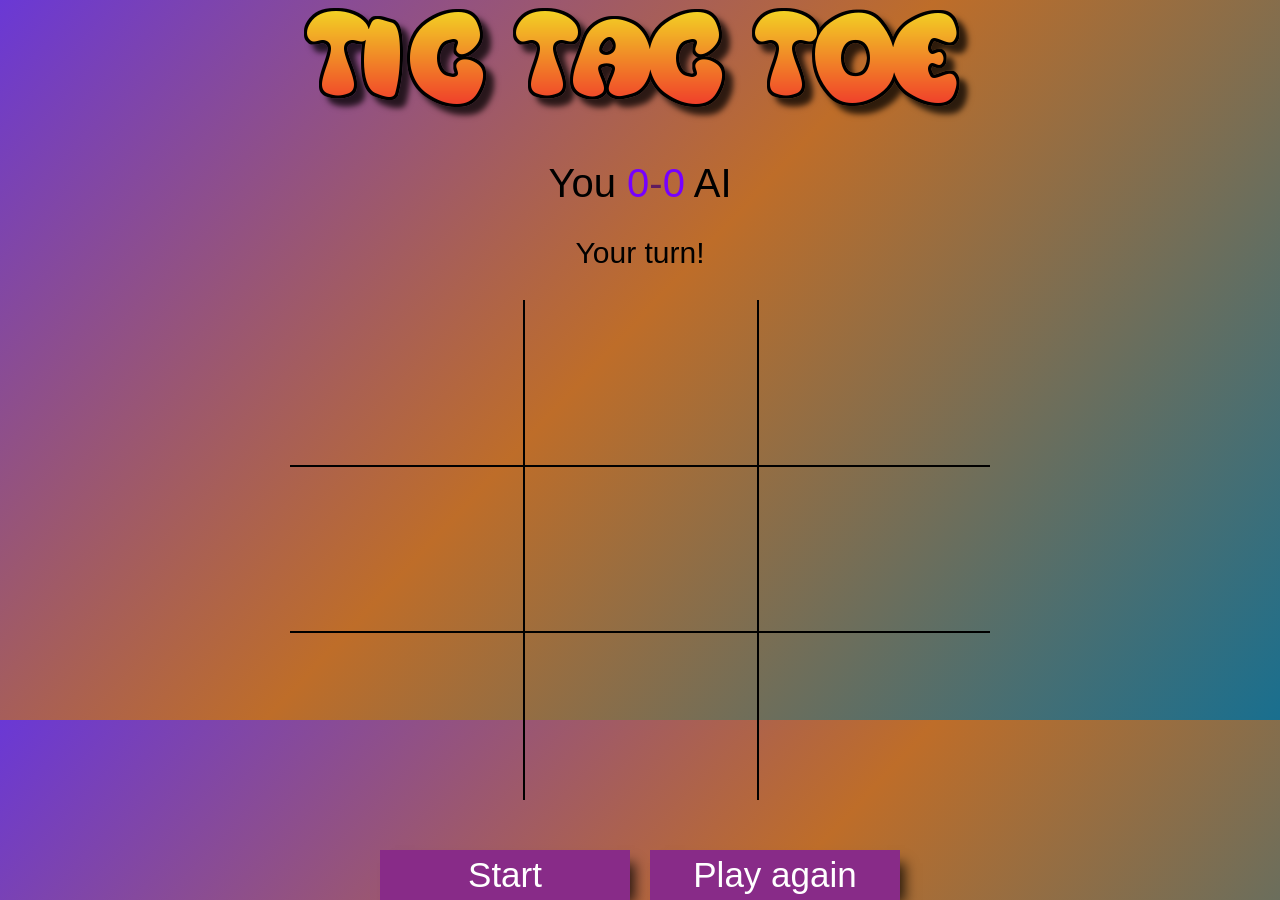
Repository: malx9/Project--5---Tic-Tac-Toe-with-AI
Page: index.html
These files come from the project's save history. The page is drawn as it stood at one moment and after the next save; the edit follows.
The browser window is 1280 px wide. The pictures show the whole page.
Some web fonts or font styles are not loaded; a fallback is used.

Above is the page before, as saved 2023-12-25 18:12:15.

After the next save:
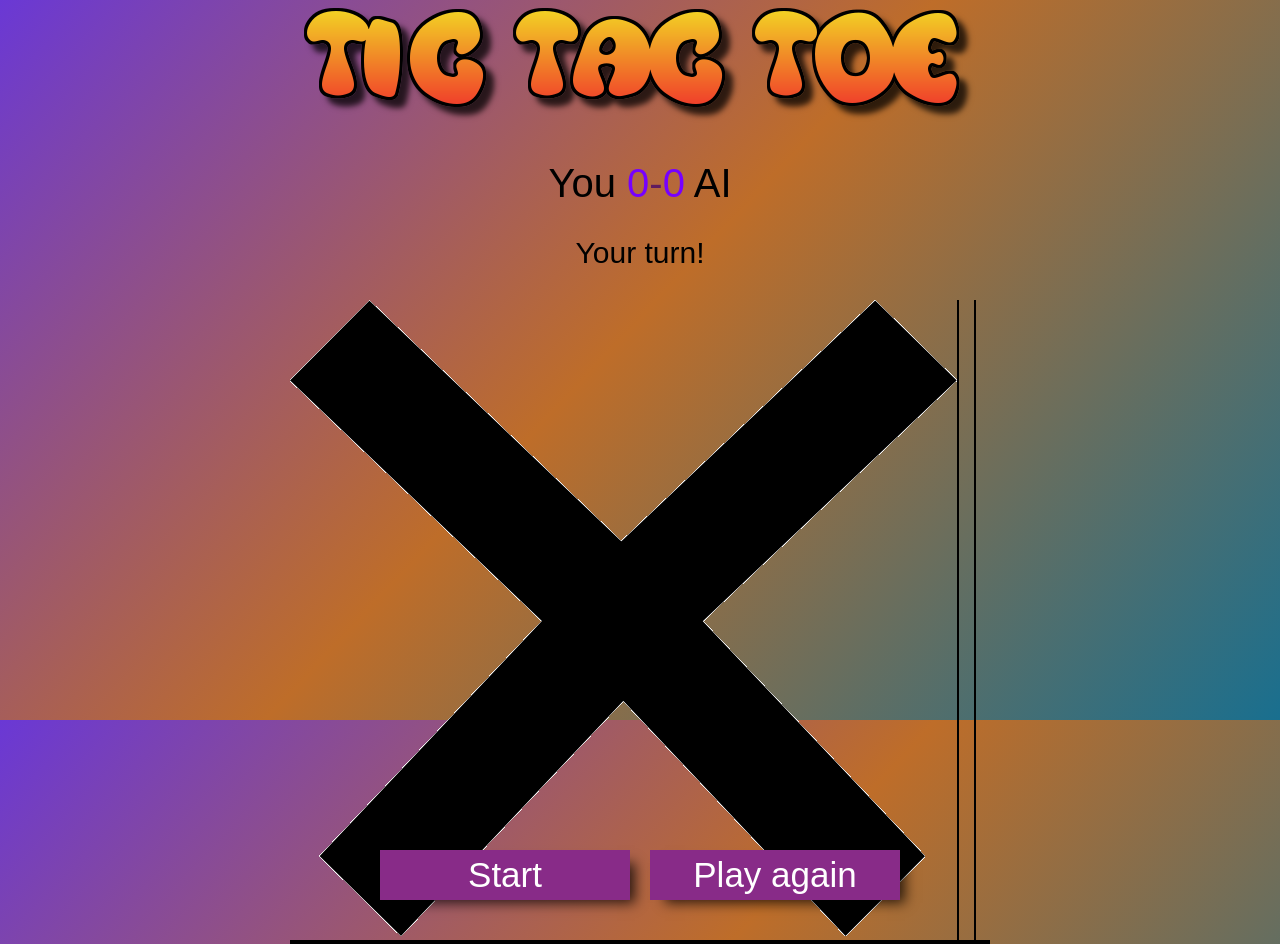
Saved 6 min 49 s later.
--- a/index.html
+++ b/index.html
@@ -26,7 +26,9 @@
         <p class="current--player--information">Your turn!</p>
       </div>
       <div class="game--board">
-        <div class="square square-1"></div>
+        <div class="square square-1">
+          <img src="images/x.png" />
+        </div>
         <div class="square square-2"></div>
         <div class="square square-3"></div>
         <div class="square square-4"></div>

After the 3 saves that followed:
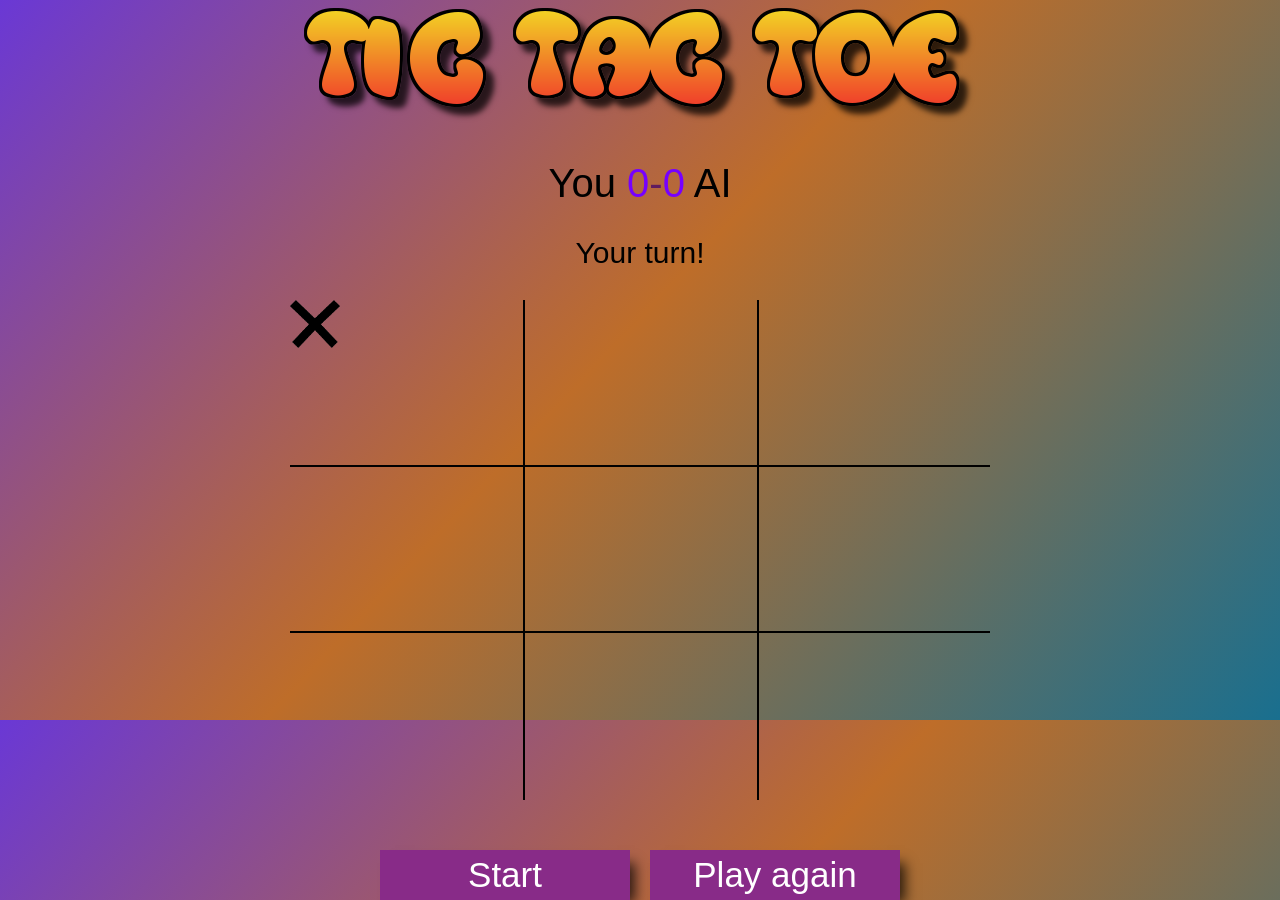
The 3 saves are shown as one change because 2 left the picture as it was.
The last was saved 73 s later.
--- a/index.html
+++ b/index.html
@@ -27,7 +27,7 @@
       </div>
       <div class="game--board">
         <div class="square square-1">
-          <img src="images/x.png" />
+          <img class="x--shape" src="images/x.png" />
         </div>
         <div class="square square-2"></div>
         <div class="square square-3"></div>
--- a/styles.css
+++ b/styles.css
@@ -74,6 +74,10 @@ body {
   border-left: 0;
 }
 
+.x--shape {
+  width: 50px;
+}
+
 .game--options {
   display: flex;
   justify-content: center;
